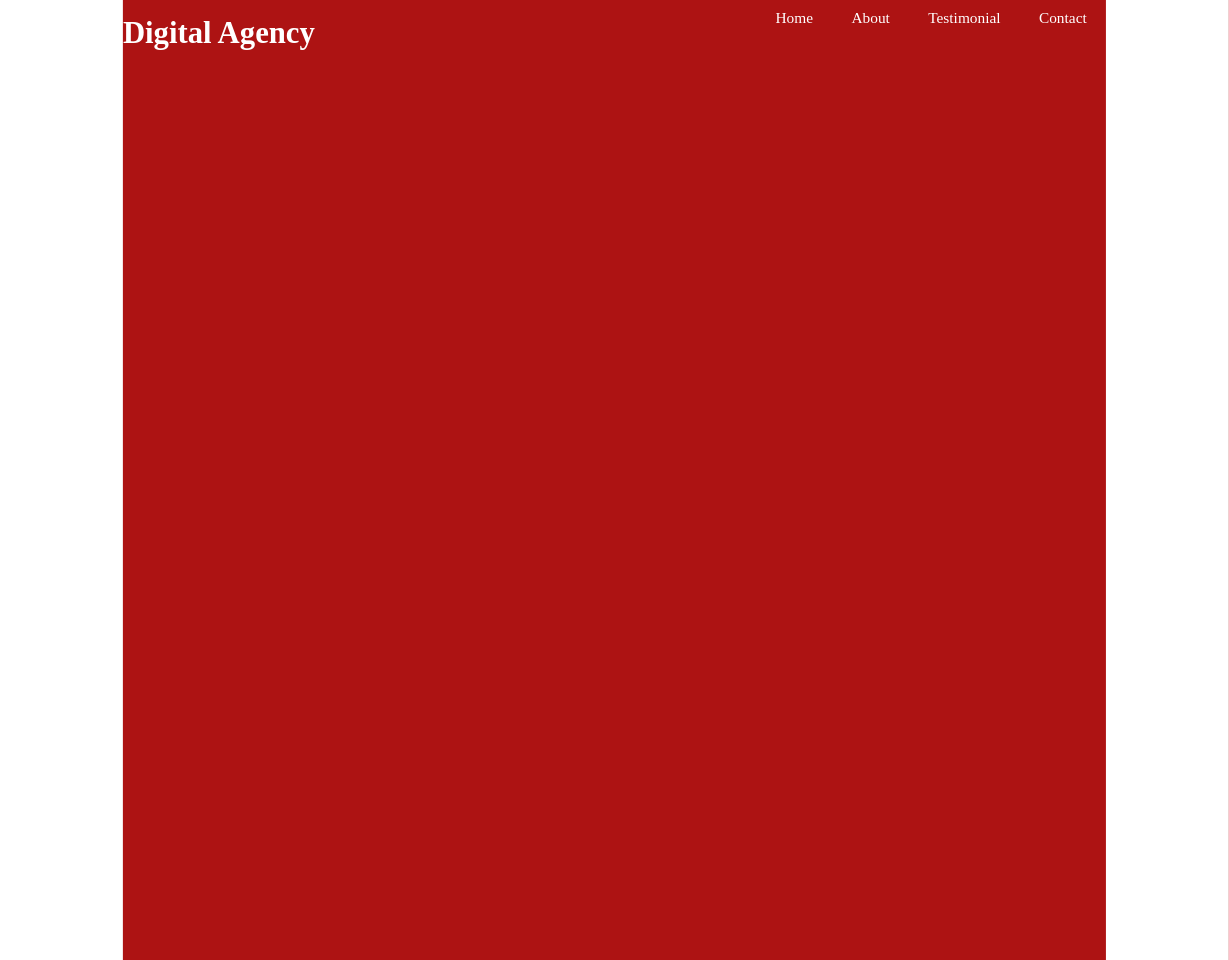
Repository: ThuatDev/fullstack_devc
Page: index.html
The author's editor kept a copy of each file at every save. The page is drawn from the files as they stood at one save, then again after the next save.
The browser window is 1280 px wide. The pictures show the whole page, at 96% of full size.

Above is the page before, as saved 2022-11-09 15:54:59.

After the next save:
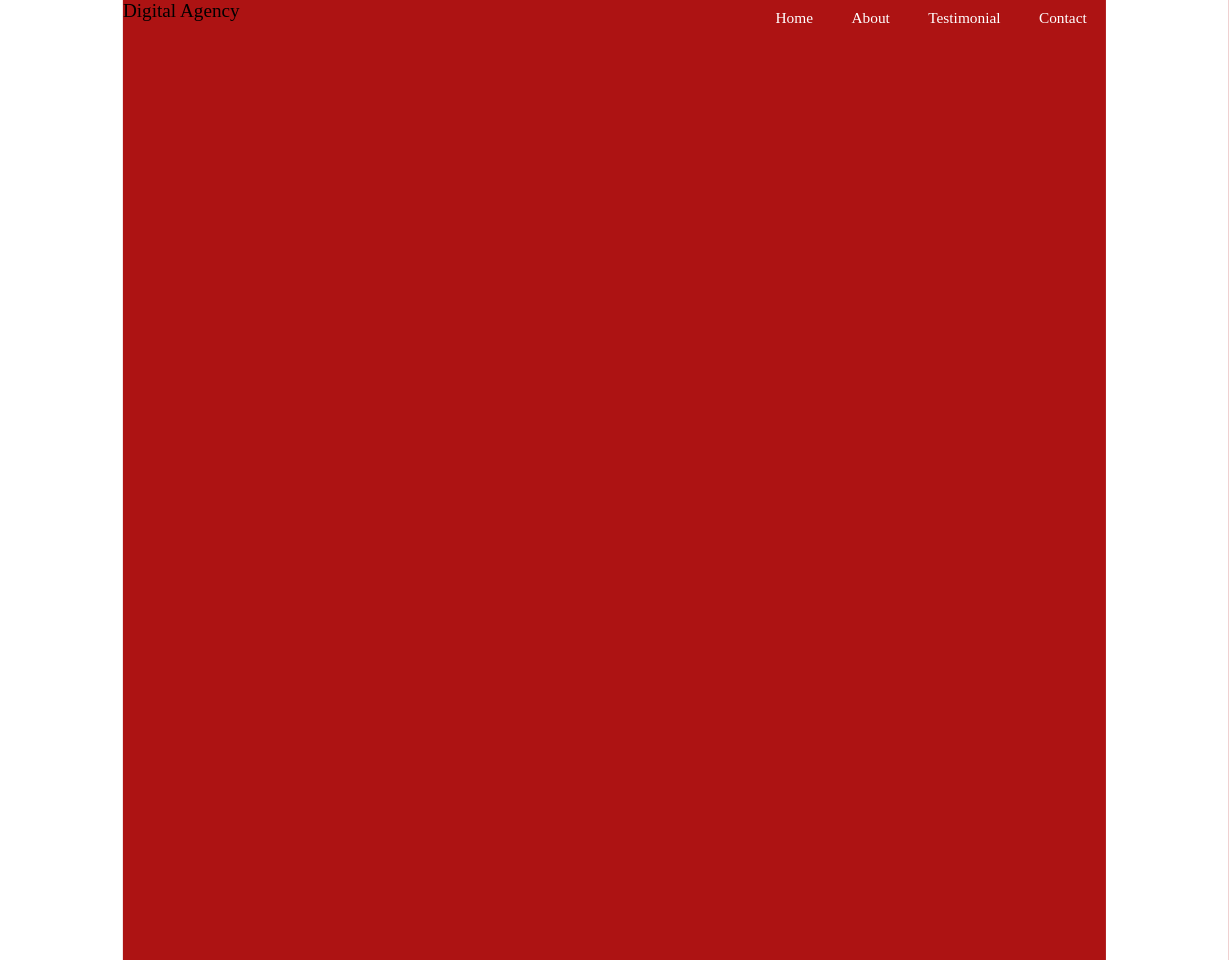
Saved 38 s later.
--- a/index.css
+++ b/index.css
@@ -16,10 +16,7 @@
   justify-content: space-between;
 }
 .navbar .navbar__left .navbar__left-logo {
-  font-size: 2rem;
-  font-weight: bold;
-  color: #fff;
-  padding: 1rem 0;
+  font-size: 20px;
 }
 .navbar > .navbar__right > .navbar__right-list {
   display: flex;
